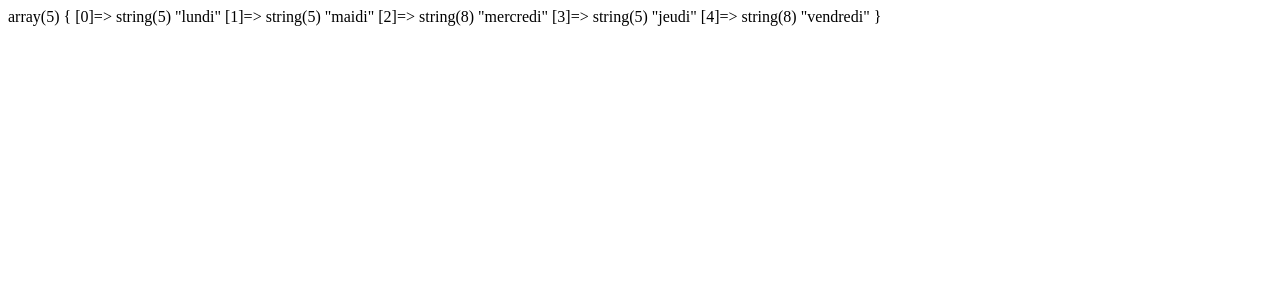
Repository: Daouda-Soumare14/PHP_base
Page: http://localhost/variablesTableaux.php
An editor plug-in stored every save of this project. The page is shown before and after a run of saves, followed by the edit.
The browser window is 1280 px wide. The pictures show the whole page.
The page is run by PHP 8.4 with error messages shown; the project is at /var/www/html/.

Above is the page before, as saved 2024-01-15 06:25:56.

### variablesTableaux.php
<!DOCTYPE html>
<html lang="en">
<head>
    <meta charset="UTF-8">
    <meta name="viewport" content="width=device-width, initial-scale=1.0">
    <title>Document</title>
</head>
<body>

    <?php
    // les elements du tableau sont connu a l'avance
        $semaine = array('lundi', 'maidi', 'mercredi');
        $semaine = ['lundi', 'maidi', 'mercredi'];
        $semaine[] = 'jeudi';
        $semaine[] = 'vendredi';
        var_dump($semaine);
    ?>

</body>
</html>

After the next 2 saves:
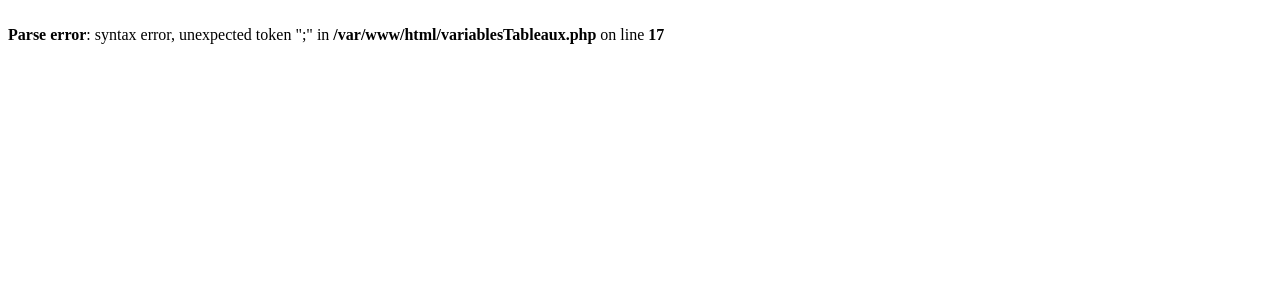
The 2 saves are shown as one change because they came seconds apart.
The last was saved 3 min 57 s later.
--- a/variablesTableaux.php
+++ b/variablesTableaux.php
@@ -13,7 +13,7 @@
         $semaine = ['lundi', 'maidi', 'mercredi'];
         $semaine[] = 'jeudi';
         $semaine[] = 'vendredi';
-        var_dump($semaine);
+        echo
     ?>
 
 </body>
